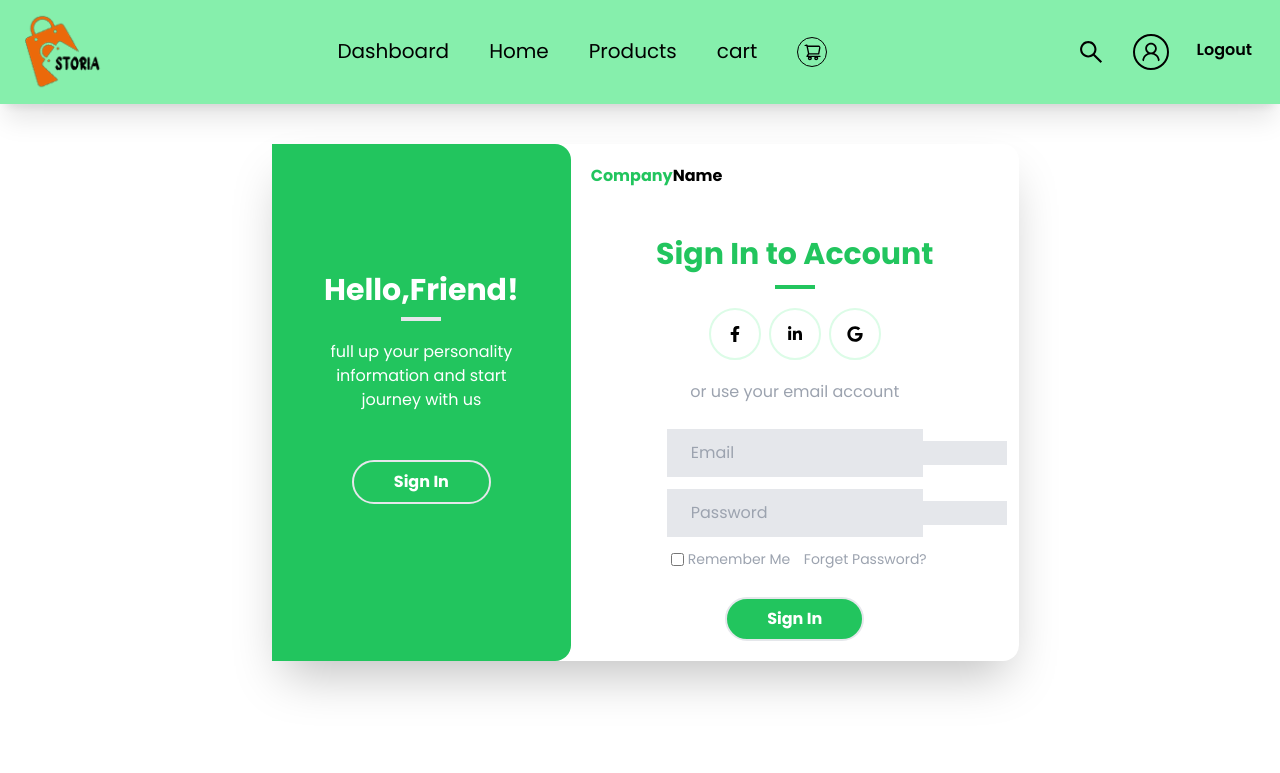
Repository: Wafaabahgat/Mtjar
Page: /signup
The author's editor kept a copy of each file at every save. The page is drawn from the files as they stood at one save, then again after the next save.
The browser window is 1280 px wide. The pictures show the whole page.
The project was rebuilt for these pictures with package versions that can differ from the ones it lists, and the page was loaded fresh each time. Also part of the build but not shown: vite.config.js, src/models/form-model-login.jsx, src/components/Auth/Login.jsx, src/pages/Home.jsx.

Above is the page before, as saved 2023-10-04 01:10:58.

### index.html
<!DOCTYPE html>
<html lang="en">
  <head>
    <meta charset="UTF-8" />
    <link rel="icon" type="image/svg+xml" href="/vite.svg" />
    <meta name="viewport" content="width=device-width, initial-scale=1.0" />
    <title>Vite + React</title>
  </head>
  <body>
    <div id="root" class="flex h-screen"></div>
    <script type="module" src="/src/main.jsx"></script>
  </body>
</html>

### src/main.jsx
import React from "react";
import ReactDOM from "react-dom/client";
import ".//index.css";
import { RouterProvider } from "react-router-dom";
import router from "./App";

ReactDOM.createRoot(document.getElementById("root")).render(
  <React.StrictMode>
    <RouterProvider router={router} />
  </React.StrictMode>
);

### src/index.css
@import url("https://fonts.googleapis.com/css2?family=Poppins:wght@300;400;500;600;700;800;900&display=swap");
@tailwind base;
@tailwind components;
@tailwind utilities;

* {
  margin: 0;
  padding: 0;
  font-family: "Poppins", sans-serif;
}

### src/App.jsx
import { createBrowserRouter } from "react-router-dom";
import ".//index.css";
import "./App.css";
import Login from "./components/Auth/Login";
import Signup from "./components/Auth/Signup";
import Home from "./pages/Home";
import Root from "./pages/Root";

const router = createBrowserRouter([
  {
    path: "/",
    element: <Root />,
    children: [
      {
        path: "/login",
        element: <Login />,
      },
      {
        path: "/signup",
        element: <Signup />,
      },
      {
        path: "/home",
        element: <Home />,
      },
    ],
  },
]);
export default router;

### src/components/Auth/Signup.jsx
import FormModelSignup from "../../models/form-model-signUp";
import MetaDate from "../../lib/metaDate";

const Signup = () => {
  return (
    <>
      <div className="flex flex-col items-center justify-center w-full flex-1 px-60 py-28">
        <div className="bg-white rounded-2xl shadow-2xl max-w-[800px] flex md:w-5/6">
          <MetaDate ttl="Register - page" disc="The register page" />
          <FormModelSignup />
        </div>
      </div>
    </>
  );
};

export default Signup;

### src/pages/Root.jsx
import { Outlet } from "react-router-dom";
import Navbar  from "../components/Layouts/Navbar";

const Root = () => {
  return (
    <div>
      <Navbar />
      <Outlet />
    </div>
  );
};

export default Root;

### src/lib/metaDate.tsx
import { FC } from "react";
import { Helmet } from "react-helmet";

interface metaDateProps {
  ttl: string;
  disc?: string;
}

const MetaDate: FC<metaDateProps> = ({ ttl, disc }) => {
  return (
    <Helmet>
      <title>{ttl}</title>
      <meta name="description" content={disc} />
    </Helmet>
  );
};

export default MetaDate;

### src/models/form-model-signUp.jsx
import Button from "../components/Ui/Button";
import SignupLoginForm from "../components/Form/SignupLoginForm";
import SignupLoginmodel from "./SignupLoginmodel";
import LoginForm from "../components/Form/LoginForm";

const FormModelSignup = () => {
  return (
    <>
      {/* signUp */}
      <div className="w-2/5 lg:w-3/5 bg-green-500 rounded-tr-2xl rounded-br-2xl py-32 px-12">
        <SignupLoginForm />
        <Button
          type="submit"
          text="Sign In"
          variant={"default"}
          className="mt-[40px]"
        />
      </div>

      {/* SignIn */}
      <div className="w-3/5 p-5 md:w-4/5">
        <SignupLoginmodel text="Sign In to Account" />
        <div className="flex flex-col items-center mt-[-15px]">
          <LoginForm />
        </div>
        <div className="flex justify-between w-64 my-3 mx-20">
          <label className="flex items-center  text-sm md:text-xs text-gray-400">
            <input type="checkbox" name="remember" className="mr-1" />
            Remember Me
          </label>
          <a
            href="#"
            className="text-sm md:text-xs text-gray-400 hover:text-green-500 "
          >
            Forget Password?
          </a>
        </div>
        <Button
          type="submit"
          text="Sign In"
          variant={"default"}
          className="bg-green-500"
        />
      </div>
    </>
  );
};

export default FormModelSignup;

### src/components/Layouts/Navbar.jsx
import { useState } from "react";
import { Link } from "react-router-dom";
import Logo from '../../assets/mainLogo.png'; // Adjust the path as needed

import {
  AiOutlineShoppingCart,
  AiOutlineUser,
  AiOutlineSearch,
  AiOutlineClose,
  AiOutlineMenu,
} from "react-icons/ai";

const Navbar = () => {
  const [nav, setNav] = useState(false);

  const handelNav = () => {
    setNav(!nav);
  };

  return (
    <div className="fixed left-0 top-0 w-full z-10 shadow-xl">
      <div className="max-w-[1740px] m-auto flex justify-between items-center p-3 bg-green-300">
        <Link to="/home">
          <img src={Logo} alt="Logo" className="w-[80px] ml-3 md:w-[60px]" />
        </Link>
        <ul className="flex text-xl md:text-sm sm:hidden">
          <Link>
            <li className="p-5">Dashboard</li>
          </Link>
          <Link>
            <li className="p-5">Home</li>
          </Link>
          <Link>
            <li className="p-5">Products</li>
          </Link>
          <Link>
            <li className="p-5"> cart</li>
          </Link>
          <Link>
            <li className="p-5">
              <AiOutlineShoppingCart className="text-3xl border p-1 rounded-full border-black md:text-2xl" />
            </li>
          </Link>
        </ul>

        {/* Mobile Screen */}
        <div className="hidden sm:block" onClick={handelNav}>
          {/* <AiOutlineMenu size={20} /> */}
          {nav ? <AiOutlineClose size={20} /> : <AiOutlineMenu size={20} />}
        </div>

        <div
          className={
            nav
              ? "hidden sm:block absolute top-0 mt-[70px] right-0 left-0 w-full h-screen text-center"
              : "hidden sm:block absolute top-0 mt-[70px] right-0 left-[-100%] w-full h-screen text-center"
          }
        >
          <ul>
            <Link>
              <li className="p-5 text-xl shadow-lg">Dashboard</li>
            </Link>
            <Link to="/home">
              <li className="p-5 text-xl shadow-lg">Home</li>
            </Link>
            <Link>
              <li className="p-5 text-xl shadow-lg">Products</li>
            </Link>
            <Link>
              <li className="p-5 text-xl shadow-lg">Cart</li>
            </Link>
            <Link>
              <li className="p-5 text-xl shadow-lg flex justify-center item-center">
                <AiOutlineShoppingCart className="text-3xl border p-1 rounded-full border-black " />
              </li>
            </Link>
          </ul>
        </div>

        {/* Profile */}
        <ul className="flex">
          <li className="p-3">
            <AiOutlineSearch className="text-4xl border-black p-1 md:text-3xl" />
          </li>
          <li className="p-3">
            <AiOutlineUser className="text-4xl border-2 rounded-full border-black p-1 md:text-3xl" />
          </li>
          <li className="p-4 font-semibold ">
            <Link to="/login">Logout</Link>
          </li>
        </ul>
      </div>
    </div>
  );
};

export default Navbar;

### src/components/Ui/Button.tsx
import React from "react";
import { cva, type VariantProps } from "class-variance-authority";
import { cn } from "../../lib/utils";

interface ButtonProps
  extends ButtonHTMLAttributes<HTMLButtonElement>,
    VariantProps<typeof buttonVariants> {
  text?: string;
}
const buttonVariants = cva(
  "border-2 px-10 py-2 md:py-1 md:px-5 rounded-full font-bold mt-4",
  {
    variants: {
      variant: {
        default: "text-white hover:bg-white hover:text-green-500",
      },
    },
  }
);

const Button = ({
  className,
  variant,
  type,
  size,
  text,
  children,
  ...props
}) => {
  return (
    <button className={cn(buttonVariants({ variant, className }))}>
      {text}
    </button>
  );
};

export default Button;

### src/components/Form/SignupLoginForm.jsx


const SignupLoginForm = () => {
  return (
    <>
      <h2 className="text-white text-3xl font-bold mb-2 lg:text-2xl md:text-xl">
        Hello,Friend!
      </h2>
      <span className="border-2 w-10 inline-block mb-3"></span>
      <p className="text-white mb-2 md:text-sm">
        full up your personality information and start journey with us
      </p>
    </>
  );
};

export default SignupLoginForm;

### src/models/SignupLoginmodel.jsx
import Icon from "../components/Ui/Icon";
const SignupLoginmodel = ({ text }) => {
  return (
    <>
      <div className="font-bold text-left">
        <span className="text-green-500 ">Company</span>Name
      </div>
      <div className="py-10 ">
        <h2 className="text-green-500 font-bold text-3xl mt-2 lg:text-2xl md:text-xl">
          {text}
        </h2>
        <span className="border-2 border-green-500 inline-block w-10 "></span>
        <Icon />
        <p className=" text-gray-400 mt-5 ">or use your email account</p>
      </div>
    </>
  );
};

export default SignupLoginmodel;

### src/components/Form/LoginForm.jsx
import { FaRegEnvelope } from "react-icons/fa";
import { MdLockOutline } from "react-icons/md";
import FormInput from "./FormInput";

const LoginForm = () => {
  return (
    <>
      <div className="bg-gray-200 w-64 flex items-center p-3 lg:w-61 mb-3">
        <FaRegEnvelope className="mr-3 text-gray-400 " />
        <FormInput type="email" name="email" placeholder="Email" />
      </div>
      <div className="bg-gray-200 w-64 flex items-center p-3 lg:w-61">
        <MdLockOutline className="mr-3 text-gray-400 " />
        <FormInput type="password" name="password" placeholder="Password" />
      </div>

    </>
  );
};

export default LoginForm;

### src/components/Ui/Icon.jsx
import { FaFacebookF, FaLinkedinIn, FaGoogle } from "react-icons/fa";

const Icon = () => {
  return (
    <>
      <div className="flex justify-center ">
        <a className="border-2 rounded-full p-4 mr-2 border-green-100 mt-3 cursor-pointer hover:bg-green-500 hover:text-white">
          <FaFacebookF />
        </a>
        <a className="border-2 rounded-full p-4 mr-2 border-green-100 mt-3 cursor-pointer hover:bg-green-500 hover:text-white">
          <FaLinkedinIn />
        </a>
        <a className="border-2 rounded-full p-4 border-green-100 mt-3 cursor-pointer hover:bg-green-500 hover:text-white">
          <FaGoogle />
        </a>
      </div>
    </>
  );
};

export default Icon;

### src/components/Form/FormInput.jsx
const FormInput = ({ name, type, placeholder, error, ...props }) => {
  return (
    <div >
      <input name={name} type={type} placeholder={placeholder} className="bg-gray-200 outline-none"/>
    </div>
  );
};

export default FormInput;

### tailwind.config.js
/** @type {import('tailwindcss').Config} */
export default {
  content: ["./index.html", "./src/**/*.{js,ts,jsx,tsx}"],
  theme: {
    extend: {},

    screens: {
      xl: { max: "1200px" },
      lg: { max: "991px" },
      md: { max: "767px" },
      sm: { max: "550px" },
      xsm: { max: "375px" },
    },
  },
  plugins: [],
};

Loaded but not shown: src/App.css (common file); src/lib/utils.ts (common file)

After the next save:
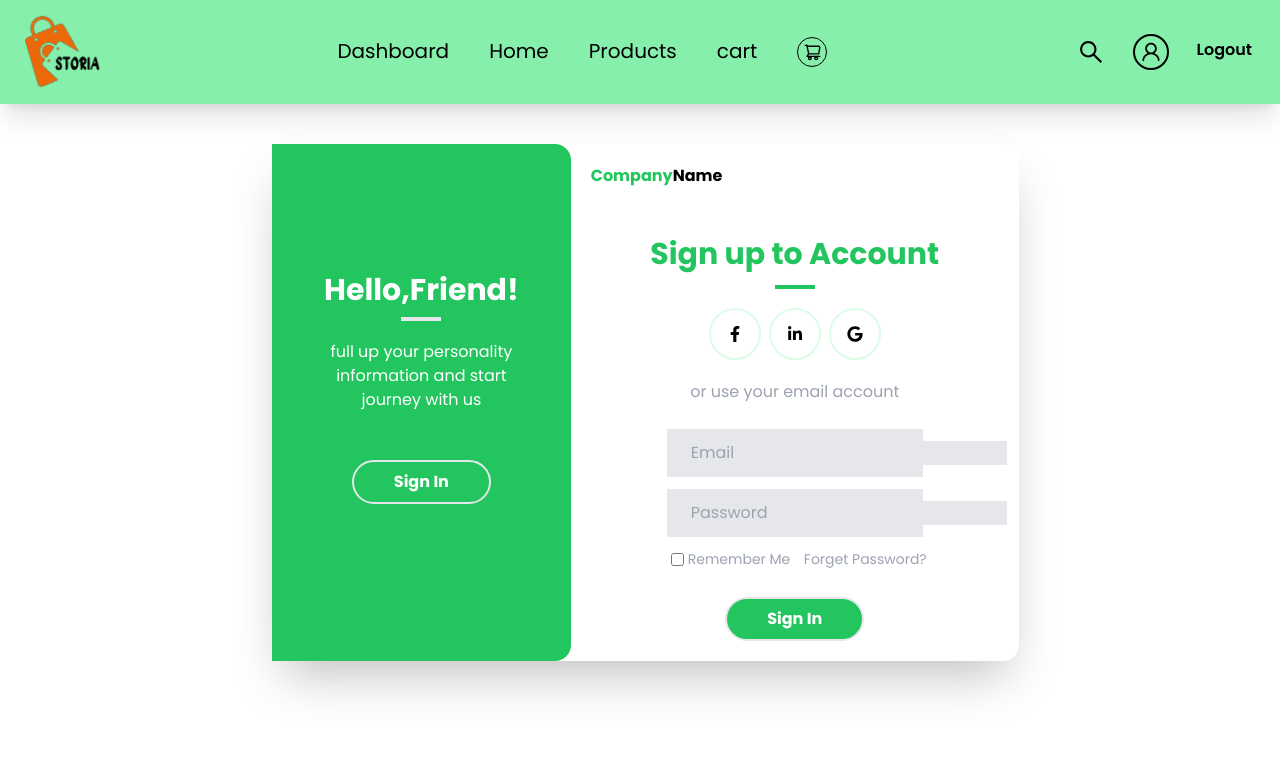
Saved 8 s later.
--- a/src/models/form-model-signUp.jsx
+++ b/src/models/form-model-signUp.jsx
@@ -19,7 +19,7 @@
 
       {/* SignIn */}
       <div className="w-3/5 p-5 md:w-4/5">
-        <SignupLoginmodel text="Sign In to Account" />
+        <SignupLoginmodel text="Sign up to Account" />
         <div className="flex flex-col items-center mt-[-15px]">
           <LoginForm />
         </div>

After the 2 saves that followed:
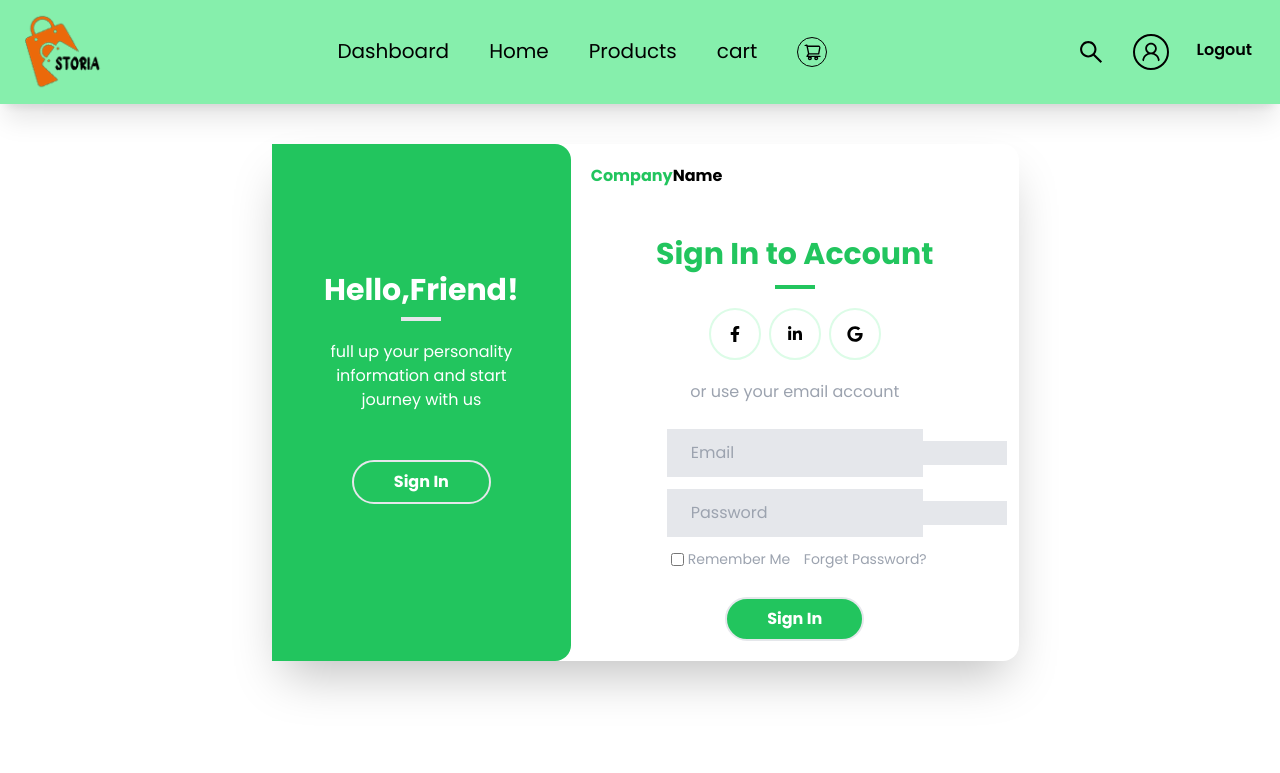
The 2 saves are shown as one change because 1 left the picture as it was.
The last was saved 9 s later.
--- a/src/models/form-model-signUp.jsx
+++ b/src/models/form-model-signUp.jsx
@@ -19,7 +19,7 @@
 
       {/* SignIn */}
       <div className="w-3/5 p-5 md:w-4/5">
-        <SignupLoginmodel text="Sign up to Account" />
+        <SignupLoginmodel text="Sign In to Account" />
         <div className="flex flex-col items-center mt-[-15px]">
           <LoginForm />
         </div>
